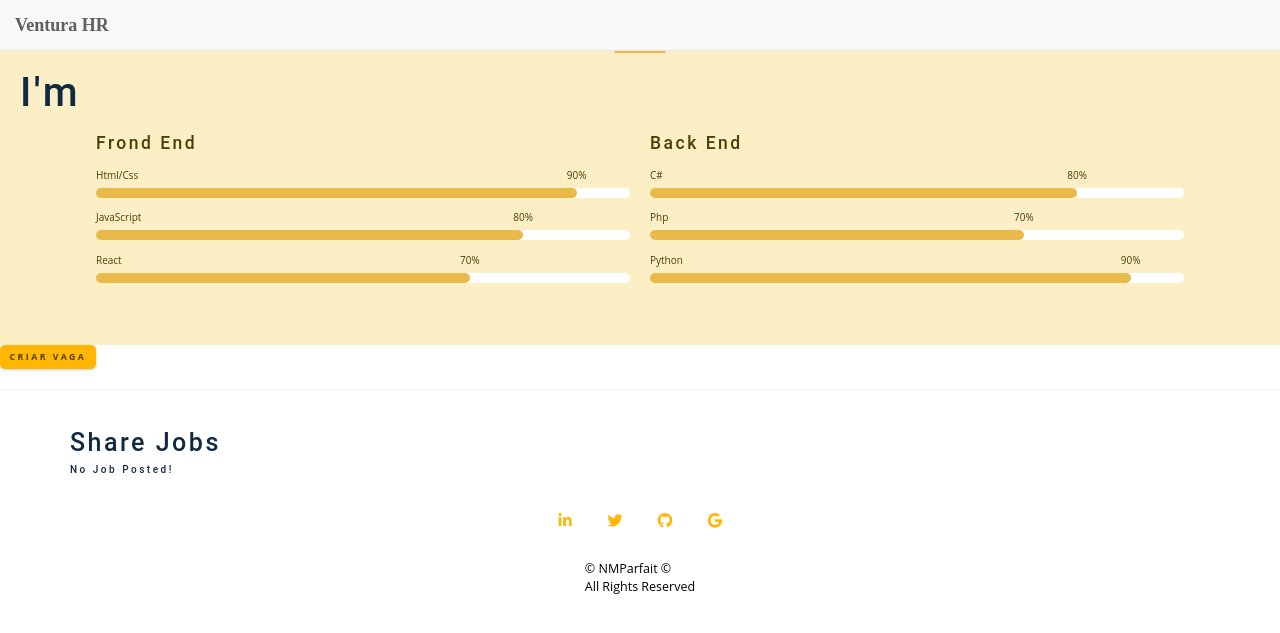
Repository: nmparfait/HumanResources-Ventura
Page: http://localhost/venturaWeb/WEB-INF/jsp/empresa/home.jsp
These files come from the project's save history. The page is drawn as it stood at one moment and after the next save; the edit follows.
The browser window is 1280 px wide. The pictures show the whole page.
Some web fonts or font styles are not loaded; a fallback is used. Some web libraries are served in a nearby version. The page is served by Tomcat 9. Nobody is signed in. Other server files are loaded and not shown. The template is opened directly, without the code that normally fills it, so the values that code supplies are empty.

Above is the page before, as saved 2021-09-27 22:28:52.

### venturaWeb/src/main/webapp/WEB-INF/jsp/empresa/home.jsp
<%@ page contentType="text/html;charset=UTF-8" language="java" %>
<%@ taglib uri="http://java.sun.com/jsp/jstl/core" prefix="c"%>
<html>
	<head>
	    <meta charset="UTF-8" />
	    <meta http-equiv="X-UA-Compatible" content="IE=edge" />
	    <meta name="viewport" content="width=device-width, initial-scale=1.0" />
	    <meta name="viewport" content="width=device-width, initial-scale=1">
	    <link rel="stylesheet" href="https://maxcdn.bootstrapcdn.com/bootstrap/3.4.1/css/bootstrap.min.css">
	    <script src="https://ajax.googleapis.com/ajax/libs/jquery/3.5.1/jquery.min.js"></script>
	    <script src="https://maxcdn.bootstrapcdn.com/bootstrap/3.4.1/js/bootstrap.min.js"></script>
	    <title>VENTURA | Entreprise</title>
	    <!-- font awesome -->
	    <link
	      rel="stylesheet"
	      href="https://cdnjs.cloudflare.com/ajax/libs/font-awesome/5.14.0/css/all.min.css"
	    />
	    <!-- google font -->
	    <link href="https://fonts.googleapis.com/css2?family=Dancing+Script&display=swap" rel="stylesheet">
	    <!-- style -->
	    <link rel="stylesheet" href="../css/styles.css" />
	    <link rel="stylesheet" href="../css/footer.css" />
	    <link rel="stylesheet" href="../css/empresa.css" />

  	</head>
  	 <body>
  	 	<nav class="navbar navbar-default navbar-fixed-top">
  			<div class="container-fluid">
    			<div class="navbar-header">
      				<a class="navbar-brand font logoVentura" href="http://localhost:8080">Ventura HR</a>
    			</div>
		  	 	<ul class="nav navbar-nav navbar-right">
					<c:if test="${not empty usuario}">

						<li><a href="http://localhost:8080/#about"><span class="glyphicon glyphicon-flag navSize"></span> About</a></li>
						<li><a href="http://localhost:8080/#service"><span class="glyphicon glyphicon-retweet navSize"></span> Services</a></li>
						<li><a href="http://localhost:8080/#contact"><span class="glyphicon glyphicon-envelope navSize"></span> Contact</a></li>
				    </c:if>
				    <c:if test="${not empty usuario}">
				    	<li><a href="/logout"><span class="glyphicon glyphicon-log-out"></span>Logout, ${usuario.email}</a></li>
				    </c:if>
				 </ul>
		</nav>
		<!-- skills -->
    <section class="section skills">
    	<article class="hero-info">
		          <div class="underline"></div>
		          <h1>i'm ${usuario.nomeCompleto}</h1>

      </div>
      <!--end of section title  -->
      <div class="section-center skills-center">
        <article class="">
          <h3>frond end</h3>
          <!-- single skill -->
          <div class="skill">
            <p>html/css</p>
            <div class="skill-container">
              <div class="skill-value skill-value-90"></div>
              <p class="skill-text skill-text-90">90%</p>
            </div>
          </div>
          <!-- end of single skill -->

          <!-- single skill -->
          <div class="skill">
            <p>JavaScript</p>
            <div class="skill-container">
              <div class="skill-value skill-value-80"></div>
              <p class="skill-text skill-text-80">80%</p>
            </div>
          </div>
          <!-- end of single skill -->

          <!-- single skill -->
          <div class="skill">
            <p>react</p>
            <div class="skill-container">
              <div class="skill-value skill-value-70"></div>
              <p class="skill-text skill-text-70">70%</p>
            </div>
          </div>
          <!-- end of single skill -->
        </article>

        <article class="">
          <h3>back end</h3>
          <!-- single skill -->
          <div class="skill">
            <p>c#</p>
            <div class="skill-container">
              <div class="skill-value skill-value-80"></div>
              <p class="skill-text skill-text-80">80%</p>
            </div>
          </div>
          <!-- end of single skill -->

          <!-- single skill -->
          <div class="skill">
            <p>php</p>
            <div class="skill-container">
              <div class="skill-value skill-value-70"></div>
              <p class="skill-text skill-text-70">70%</p>
            </div>
          </div>
          <!-- end of single skill -->

          <!-- single skill -->
          <div class="skill">
            <p>python</p>
            <div class="skill-container">
              <div class="skill-value skill-value-90"></div>
              <p class="skill-text skill-text-90">90%</p>
            </div>
          </div>
          <!-- end of single skill -->
        </article>
      </div>
    </section>

    <!-- end of skills -->
		    <div class="form-group">
		        <form action="/postarVaga" method="get">
		            <button type="submit" class="btn btn-default">Criar Vaga</button>
		        </form>
		    </div>
		</div>
		<hr>
		<div class="container">
		    <h2>Share Jobs</h2>

		    <c:if test="${not empty vagas}">
		        <table class="table table-bordered">
		            <thead>
		            <tr>
		                <th>Id</th>
		                <th>Cargo</th>
		                <th>Cidade</th>
		                <th>Tipo de Contrato</th>
		            </tr>
		            </thead>
		            <tbody>
		            <c:forEach var="vaga" items="${vagas}" varStatus="id">
		                <tr>
		                    <td>${vaga.id}</td>
		                    <td>${vaga.cargo}</td>
		                    <td>${vaga.cidade}</td>
		                    <td>${vaga.tipoDeContrato}</td>
		                </tr>
		            </c:forEach>
		            </tbody>
		        </table>
		    </c:if>

		    <c:if test="${empty vagas}">
		        <h4>No job posted!</h4>
		    </c:if>
		</div>

		<c:import url="/WEB-INF/jsp/app/footer.jsp"/>

	</body>
</html>

### venturaWeb/src/main/webapp/WEB-INF/jsp/app/footer.jsp
<%@ page contentType="text/html;charset=UTF-8" language="java" %>
<%@ taglib uri="http://java.sun.com/jsp/jstl/core" prefix="c"%>
<html>
    <head>
        <link rel="stylesheet" href="https://cdnjs.cloudflare.com/ajax/libs/font-awesome/4.7.0/css/font-awesome.min.css">
        <link rel="stylesheet" href="css/footer.css">
        <title>VENTURA | Footer</title>
    </head>
    <body>
        <!-- footer -->
    <footer class="footer">
      <!-- social icons -->
      <ul class="social-icons">
        <li>
          <a href="https://linkedin.com" class="social-icon"
            ><i class="fab fa-linkedin"></i
          ></a>
        </li>
        <li>
          <a href="https://twitter.com" class="social-icon"
            ><i class="fab fa-twitter"></i
          ></a>
        </li>
        <li>
          <a href="https://github.com/nmparfait" class="social-icon"
            ><i class="fab fa-github"></i
          ></a>
        </li>
        <li>
          <a href="https://google.com" class="social-icon"
            ><i class="fab fa-google"></i
          ></a>
        </li>
      </ul>
      <p class="parfait">&copy; <span id="date"></span>   NMParfait &copy;<br>all rights reserved</p>
    </footer>

    </body>
</html>

### venturaWeb/src/main/webapp/css/styles.css
/* details generics
first color : #ffb703
-- second color: #e9edc9

*/
/*
===============
Variables
===============
*/

:root {
  /* dark shades of primary color*/
  --clr-primary-1: hsl(43, 86%, 17%);
  --clr-primary-2: hsl(43, 77%, 27%);
  --clr-primary-3: hsl(43, 72%, 37%);
  --clr-primary-4: hsl(42, 63%, 48%);
  /* primary/main color */
  --clr-primary-5: hsl(42, 78%, 60%);
  /* lighter shades of primary color */
  --clr-primary-6: hsl(43, 89%, 70%);
  --clr-primary-7: hsl(43, 90%, 76%);
  --clr-primary-8: hsl(45, 86%, 81%);
  --clr-primary-9: hsl(45, 90%, 88%);
  --clr-primary-10: hsl(45, 100%, 96%);
  /* darkest grey - used for headings */
  --clr-grey-1: hsl(209, 61%, 16%);
  --clr-grey-2: hsl(211, 39%, 23%);
  --clr-grey-3: hsl(209, 34%, 30%);
  --clr-grey-4: hsl(209, 28%, 39%);
  /* grey used for paragraphs */
  --clr-grey-5: hsl(210, 22%, 49%);
  --clr-grey-6: hsl(209, 23%, 60%);
  --clr-grey-7: hsl(211, 27%, 70%);
  --clr-grey-8: hsl(210, 31%, 80%);
  --clr-grey-9: hsl(212, 33%, 89%);
  --clr-grey-10: hsl(210, 36%, 96%);
  --clr-white: #fff;
  --ff-primary: 'Roboto', sans-serif;
  --ff-secondary: 'Open Sans', sans-serif;
  --transition: all 0.3s linear;
  --spacing: 0.25rem;
  --radius: 0.5rem;
  --light-shadow: 0 5px 15px rgba(0, 0, 0, 0.1);
  --dark-shadow: 0 5px 15px rgba(0, 0, 0, 0.2);
  --max-width: 1170px;
}
/*
===============
Global Styles
===============
*/

*,
::after,
::before {
  margin: 0;
  padding: 0;
  box-sizing: border-box;
}
body {
  font-family: var(--ff-secondary);
  background: var(--clr-white);
  color: var(--clr-grey-1);
  line-height: 1.5;
  font-size: 0.875rem;
}
ul {
  list-style-type: none;
}
a {
  text-decoration: none;
}
img:not(.nav-logo) {
  width: 100%;
  display: block;
}

h1,
h2,
h3,
h4 {
  letter-spacing: var(--spacing);
  text-transform: capitalize;
  line-height: 1.25;
  margin-bottom: 0.75rem;
  font-family: var(--ff-primary);
}
h1 {
  font-size: 3rem;
}
h2 {
  font-size: 2rem;
}
h3 {
  font-size: 1.25rem;
}
h4 {
  font-size: 0.875rem;
}
p {
  margin-bottom: 1.25rem;
  color: var(--clr-grey-5);
}
@media screen and (min-width: 800px) {
  h1 {
    font-size: 4rem;
  }
  h2 {
    font-size: 2.5rem;
  }
  h3 {
    font-size: 1.75rem;
  }
  h4 {
    font-size: 1rem;
  }
  body {
    font-size: 1rem;
  }
  h1,
  h2,
  h3,
  h4 {
    line-height: 1;
  }
}
/*  global classes */

.btn {
  text-transform: uppercase;
  background: #ffb703;
  color: var(--clr-primary-1);
  padding: 0.375rem 0.75rem;
  letter-spacing: var(--spacing);
  display: inline-block;
  font-weight: 700;
  transition: var(--transition);
  font-size: 0.875rem;
  border: 2px solid transparent;
  cursor: pointer;
  box-shadow: 0 1px 3px rgba(0, 0, 0, 0.2);
  border-radius: var(--radius);
}
.btn:hover {
  color: var(--clr-primary-1);
  background: var(--clr-primary-7);
}
/* section */
.section {
  padding: 5rem 2rem;
}

.section-center {
  width: 90vw;
  margin: 0 auto;
  max-width: 1170px;
}

.contact {
  background: #fffcfc;
  min-height: 100vh;
}
@media screen and (min-width: 992px) {
  .section-center {
    width: 95vw;
  }
}

.underline {
  width: 5rem;
  height: 0.25rem;
  margin-bottom: 1.25rem;
  background: var(--clr-primary-5);
  margin-left: auto;
  margin-right: auto;
}

.section-title {
  margin-bottom: 4rem;
  text-align: center;
}

.bg-grey {
  background: var(--clr-grey-9);
}

.glyphicon {
	color:  #ffb703;
}

.navSize {
	width: 15px;
	font-weight: 600;
}

.logoVentura {
	font-weight: 900;
	color : #000;
}

/* added during recording */

/*
===============
Sidebar
===============
*/

.sidebar {
  position: fixed;
  top: 0;
  left: 0;
  width: 100%;
  height: 100%;
  background: var(--clr-grey-10);
  z-index: 4;
  display: grid;
  /* align-items: center;
  justify-content: center; */
  place-items: center;
  transition: var(--transition);

  /* add later */
  transform: translateX(-100%);
}

/* toggle sidebar */
.show-sidebar {
  transform: translateX(0);
}

.sidebar-links {
  text-align: center;
}

.sidebar-links a {
  font-size: 2rem;
  text-transform: capitalize;
  transform: var(--transition);
  color: var(--clr-grey-5);
  letter-spacing: var(--spacing);
  display: inline-block;
  margin-bottom: 1.5rem;
}

.sidebar-links a:hover {
  color: var(--clr-primary-5);
}

.social-icons {
  display: grid;
  margin-top: 3rem;
  width: 20rem;
  grid-template-columns: repeat(4, 1fr);
  justify-items: center;
}

.social-icon {
  font-size: 1.5rem;
  color: var(--clr-grey-1);
  transition: var(--transition);
}

.social-icon:hover {
  color: var(--clr-primary-5);
}

.close-btn {
  position: absolute;
  top: 1rem;
  right: 1rem;
  font-size: 3rem;
  background: transparent;
  border: transparent;
  transition: var(--transition);
  color: #bb2525;
  cursor: pointer;
}

.close-btn:hover {
  color: #e66b6b;
}


/* end of details*/


.font {
	font-family: 'Dancing Script', cursive;
	background-color: #ffb703;
}

/*
===============
Connect
===============
*/

.connect {
  min-height: 40vh;
  position: relative;
  padding: 10rem 0 5rem 0;
  margin: 5rem 0;
  -webkit-clip-path: polygon(
    50% 0%,
    100% 10%,
    100% 90%,
    53% 100%,
    49% 100%,
    0 90%,
    0 10%
  );
  clip-path: polygon(
    50% 0%,
    100% 10%,
    100% 90%,
    53% 100%,
    49% 100%,
    0 90%,
    0 10%
  );
}
.video-container {
  position: absolute;
  top: 0;
  left: 0;
  width: 100%;
  height: 100%;
  -o-object-fit: cover;
  object-fit: cover;
  z-index: -2;
}

.connect::after {
  content: '';
  position: absolute;
  top: 0;
  left: 0;
  width: 100%;
  height: 100%;
  /* background: var(--clr-white); */
  /* background: var(--clr-primary-5); */
  background: rgba(0, 0, 0, 0.6);
  opacity: 0.7;
  z-index: -1;
}
.connect {
  display: grid;
  place-items: center;
}

.video-banner .section-title {
  margin-bottom: 2rem;
}

.video-text {
  max-width: 30rem;
}

.video-banner {
  background: #e9edc9;
  padding: 3rem 5rem 12rem 5rem;
  text-align: center;
  -webkit-clip-path: polygon(
    0% 0%,
    100% 0%,
    100% 75%,
    75% 75%,
    75% 100%,
    50% 75%,
    0% 75%
  );
  clip-path: polygon(
    0% 0%,
    100% 0%,
    100% 75%,
    75% 75%,
    75% 100%,
    50% 75%,
    0% 75%
  );
}

/*
===============
About
===============
*/

/*
===============
Hero
===============
*/
.hero .underline {
  margin-bottom: 0.5rem;
  margin-left: 0;
}

.hero-img {
  display: none;
}

.hero {
  background: var(--clr-primary-10);
}
.hero-center {
  min-height: calc(100vh - 5rem);
  display: grid;
  place-items: center;
}

.hero-info h4 {
  color: var(--clr-grey-5);
}

.hero-icons {
  justify-items: start;
}

.hero-btn {
  margin-top: 1.25rem;
}

.hero-photo {
  max-width: 25rem;
  max-height: 30rem;
  -o-object-fit: cover;
  object-fit: cover;
  border-radius: var(--radius);
  position: relative;
}

@media screen and (min-width: 776px) {
  .hero-img {
    display: block;
    position: relative;
  }

  .hero-center {
    display: grid;
    grid-template-columns: 1fr 1fr;
  }
}

.hero-img::before,
.about-img::before {
  content: '';
  position: absolute;
  width: 100%;
  height: 100%;
  border: 0.25rem solid var(--clr-primary-5);
  top: 2rem;
  right: -2rem;
  border-radius: var(--radius);
}

/* section title added to globals */
.about-title {
  text-align: left;
  margin-bottom: 2rem;
}

.about-title .underline {
  margin-left: 0;
}

.about-center {
  display: grid;
  gap: 3rem 2rem;
}

.about-img {
  position: relative;
}

.about-img::before {
  left: -2rem;
}

.about-img {
  justify-self: center;
}

@media screen and (min-width: 776px) {
  .about-center {
    display: grid;
    grid-template-columns: 1fr 1fr;
  }
}

@media screen and (min-width: 992px) {
  .about-center {
    grid-template-columns: 1fr 1fr;
  }

  .about-img {
    position: relative;
  }

  .about-img::before {
    left: -2rem;
  }
}

.hero-photo {

}

/* Services*/

/*
===============
Services
===============
*/

.service {
  background: var(--clr-white);
  padding: 3rem 1.5rem;
  margin-bottom: 2rem;
  border-radius: var(--radius);
  text-align: center;
  transition: var(--transition);
}

.service-icon {
  font-size: 2rem;
  margin-bottom: 1.5rem;
}

.service .underline {
  width: 3rem;
  height: 0.12rem;
  transition: var(--transition);
}

.service p {
  transition: var(--transition);
}
.service:hover {
  background: var(--clr-primary-5);
  color: var(--clr-white);
}

.service:hover p {
  color: var(--clr-white);
}

.service:hover .underline {
  background: var(--clr-white);
}

@media screen and (min-width: 676px) {
  .services-center {
    display: grid;
    grid-template-columns: 1fr 1fr;
    -moz-column-gap: 2rem;
    column-gap: 2rem;
  }
}

@media screen and (min-width: 992px) {
  .services-center {
    grid-template-columns: repeat(3, 1fr);
  }
}

/* CONTACT*/
/* section */
.section {
  padding: 5rem 2rem;
}

.section-center {
  width: 90vw;
  margin: 0 auto;
  max-width: 1170px;
}

.contact {
  background: #fefae0;
  min-height: 50vh;
}
@media screen and (min-width: 992px) {
  .section-center {
    width: 85vw;
  }
}

/*LOGIN PAGE*/


.loginPage {

	margin-top: 50px;
}

### venturaWeb/src/main/webapp/css/footer.css
/*
===============
Footer
===============
*/

.footer {
  padding-bottom: 2rem;
  display: grid;
  place-items: center;
  background: #fff;
}

.footer .social-icons {
  margin-bottom: 2rem;
}

.footer .social-icon {
  color: #ffb703;
}

.footer .social-icon:hover {
  color: #000;
}
.footer p {
  color: #000000;
  font-size: 1.25rem;
  text-transform: capitalize;
}

.parfait {
	margin: 10px;
}

/*
===============
Single Page
===============
*/

### venturaWeb/src/main/webapp/css/empresa.css

/*
===============
Skills
===============
*/
@media screen and (min-width: 768px) {
  .skills-center {
    display: grid;
    grid-template-columns: 1fr 1fr;
    -moz-column-gap: 2rem;
    column-gap: 2rem;
  }
}
.skills {
  background: var(--clr-primary-9);
}

.skills h3 {
  margin: 1.5rem 0;
  color: var(--clr-primary-1);
}

.skill {
  margin-bottom: 1.25rem;
}

.skill p {
  margin-bottom: 0.5rem;
  text-transform: capitalize;
  color: var(--clr-primary-1);
}

.skill-container {
  background: var(--clr-white);
  height: 1rem;
  width: 100%;
  border-radius: var(--radius);
  position: relative;
}

.skill-value {
  position: absolute;
  top: 0;
  left: 0;
  background: var(--clr-primary-5);
  height: 100%;
  width: 50%;
  border-radius: var(--radius);
}

.skill-value-70 {
  width: 70%;
}
.skill-value-80 {
  width: 80%;
}
.skill-value-90 {
  width: 90%;
}

.skill-text {
  position: absolute;
  top: -2rem;
  left: 50%;
  transform: translateX(-50%);
}

.skill-text-70 {
  left: 70%;
}

.skill-text-80 {
  left: 80%;
}

.skill-text-90 {
  left: 90%;
}

After the next save:
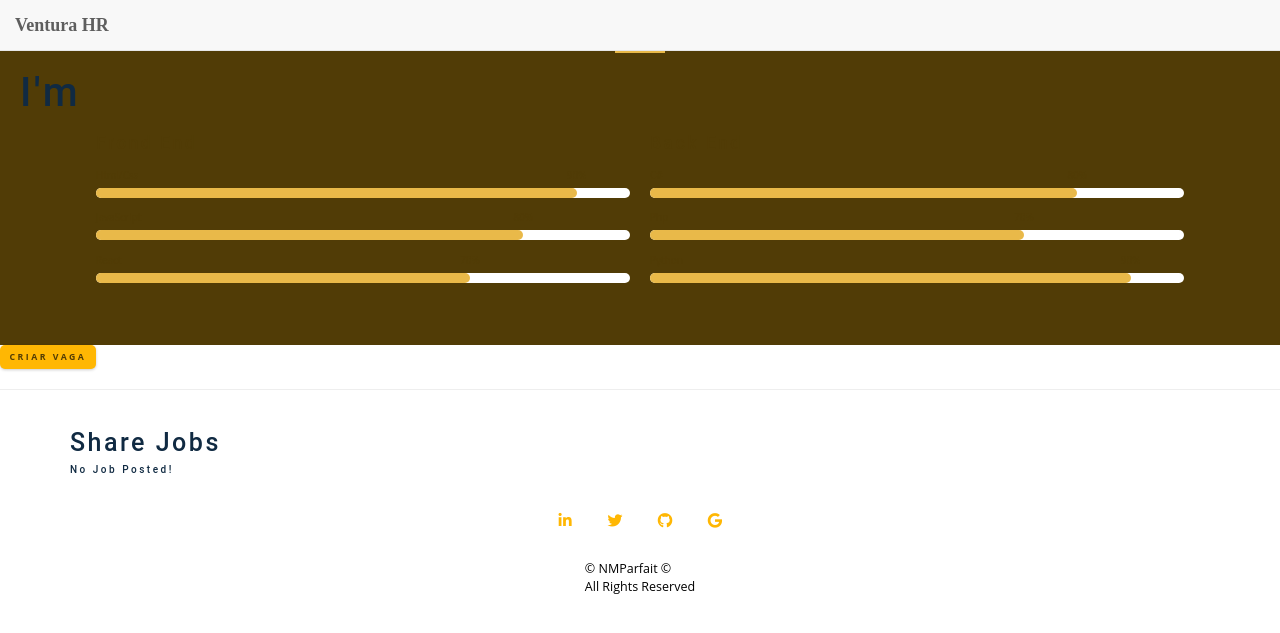
Saved 92 s later.
--- a/venturaWeb/src/main/webapp/css/empresa.css
+++ b/venturaWeb/src/main/webapp/css/empresa.css
@@ -13,7 +13,7 @@
   }
 }
 .skills {
-  background: var(--clr-primary-9);
+  background: var(--clr-primary-1);
 }
 
 .skills h3 {

After the save that followed:
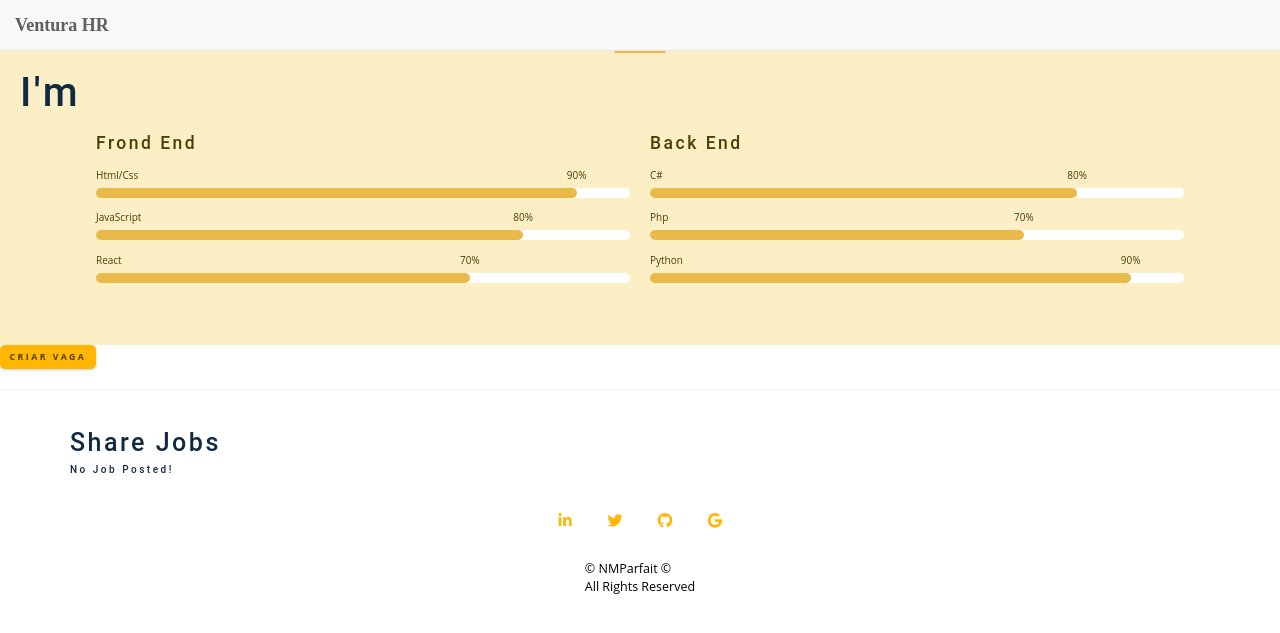
Saved 31 s later.
--- a/venturaWeb/src/main/webapp/css/empresa.css
+++ b/venturaWeb/src/main/webapp/css/empresa.css
@@ -13,7 +13,7 @@
   }
 }
 .skills {
-  background: var(--clr-primary-1);
+  background: var(--clr-primary-9);
 }
 
 .skills h3 {
